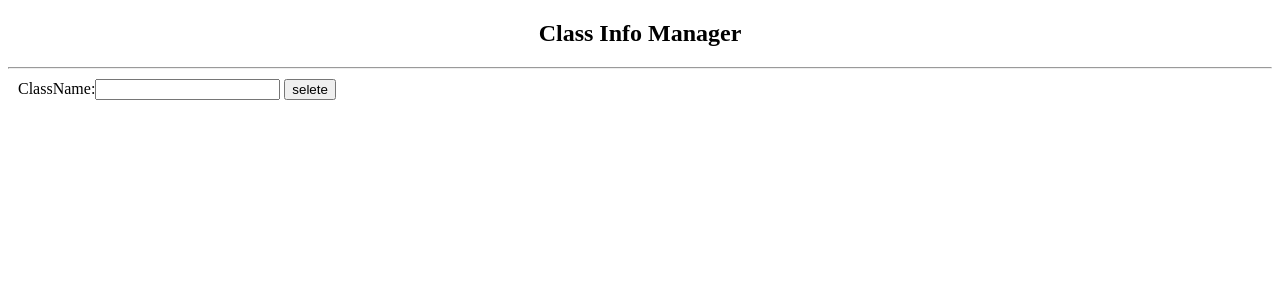
Repository: 122537067/collegePractice
Page: http://localhost/StudentManageSystem/classinfo/list.jsp
An editor plug-in stored every save of this project. The page is shown before and after the next save, followed by the edit.
The browser window is 1280 px wide. The pictures show the whole page.
The page is served by Tomcat 9. Other server files are loaded and not shown.

Above is the page before, as saved 2018-03-25 08:00:48.

### J2EE/T3/StudentManageSystem/WebContent/classinfo/list.jsp
<%@ page language="java" contentType="text/html; charset=UTF-8"
    pageEncoding="UTF-8"%>
<!DOCTYPE html PUBLIC "-//W3C//DTD HTML 4.01 Transitional//EN" "http://www.w3.org/TR/html4/loose.dtd">
<html>
<head>
<meta http-equiv="Content-Type" content="text/html; charset=UTF-8">
<title>Insert title here</title>
</head>
<body>
	<h2 align="center">Class Info Manager</h2>
	<hr/>

	<div style="margin:10px;">
		<form method="post" action="list.jsp">
		ClassName:<input type="text" name="name">
		<input type="submit" value="selete">
		</form>
	</div>

</body>
</html>

After the next save:
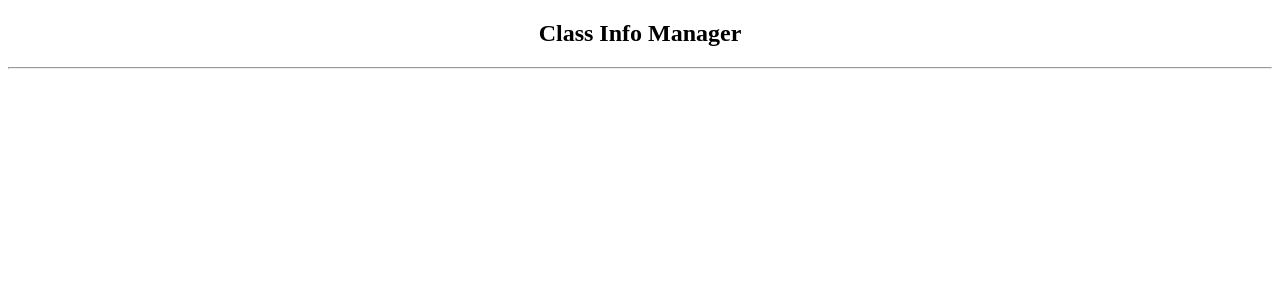
Saved 2 min 36 s later.
--- a/J2EE/T3/StudentManageSystem/WebContent/classinfo/list.jsp
+++ b/J2EE/T3/StudentManageSystem/WebContent/classinfo/list.jsp
@@ -10,12 +10,14 @@
 	<h2 align="center">Class Info Manager</h2>
 	<hr/>
 
+	<%--
 	<div style="margin:10px;">
 		<form method="post" action="list.jsp">
 		ClassName:<input type="text" name="name">
 		<input type="submit" value="selete">
 		</form>
 	</div>
+	--%>
 
 </body>
 </html>
